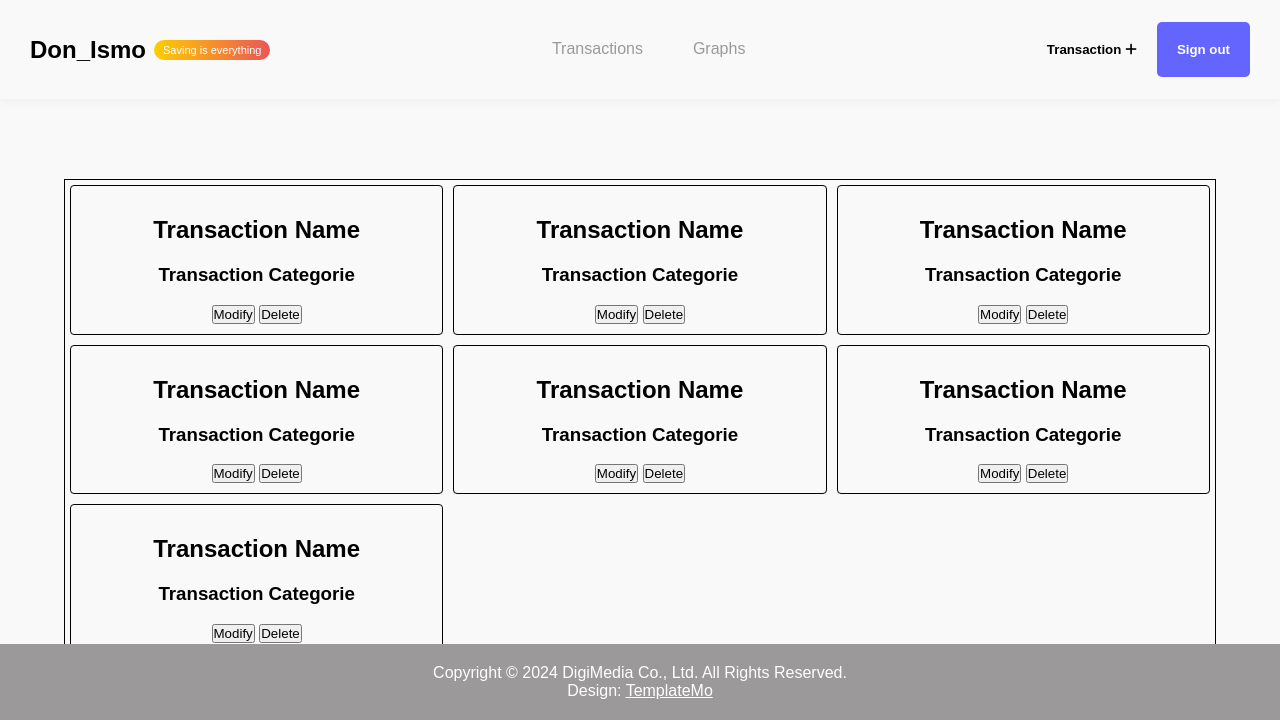
Repository: Ismail-ibr/pfa
Page: Dashboard/index.html
These files come from the project's save history. The page is drawn as it stood at one moment and after the next save; the edit follows.
The browser window is 1280 px wide. The pictures show the whole page.

Above is the page before, as saved 2024-05-16 23:12:55.
Console error: ReferenceError: closeButton is not defined

### Dashboard/index.html
<!DOCTYPE html>
<html lang="en">

<head>
    <meta charset="UTF-8">
    <meta name="viewport" content="width=device-width, initial-scale=1.0">
    <link rel="stylesheet" href="./style.css">
    <link rel="stylesheet" href="https://cdnjs.cloudflare.com/ajax/libs/font-awesome/6.5.2/css/all.min.css">
    <title>Document</title>
    <script defer src="./script.js"></script>
</head>

<body>

    <div class="main-div">
        <div class="nav">
            <div class="logo">
                <h2>Don_Ismo</h1>
                    <h4>Saving is everything</h4>
            </div>
            <div class="list">
                <ul>
                    <li><a href="#">Transactions</a></li>
                    <li><a href="#">Graphs</a></li>
                </ul>
            </div>
            <div class="nav-button">
                <h5 class="btn-1 open-button-2">Transaction<i class="fa-solid fa-plus"></i></h5>
                <h5 class="btn-2 open-button">Sign out</h5>
            </div>
            <div class="main_box2" id="modal2">
                <h2>Adding Transaction</h2>
                <form method="POST">
                    <div class="user_box2">
                        <input type="text" name="" required>
                        <label>Transaction Name</label>
                    </div>
                    <div class="user_box2">
                        <input type="text" name="" required>
                        <label>Transaction Categorie</label>
                    </div>
                    <div class="user_box2">
                        <input type="text" name="" required>
                        <label>Ma3raftch chno akhor</label>
                    </div>
                    <div class="button_form2">
                        <a href="#" id="submit">Ajouter</a>
                    </div>
                </form>
            </div>
            <div id="over"></div>

            <div class="main_box" id="modal">
                <h2>Sign out</h2>
                <div class="user_box">
                    <h3>Are you sure you want to disconnect?</h3>
                </div>
                <div class="buttons_Sign_out">
                    <div class="button_form">
                        <a href="#" id="cancel">Cancel</a>
                    </div>
                    <div class="button_form">
                        <a href="#" id="submit">Disconnect</a>
                    </div>
                </div>
            </div>
            <div id="over"></div>
        </div>
        <div class="main-content">
            <div class="transaction">
                <div class="transac">
                    <div class="transac_descrip">
                        <h2>Transaction Name</h2>
                        <h3>Transaction Categorie</h3>
                    </div>
                    <div class="buttons-transctions">
                        <button class="modifier">Modify</button>
                        <button class="supprimer">Delete</button>
                    </div>
                </div>
                <div class="transac">
                    <div class="transac_descrip">
                        <h2>Transaction Name</h2>
                        <h3>Transaction Categorie</h3>
                    </div>
                    <div class="buttons-transctions">
                        <button class="modifier">Modify</button>
                        <button class="supprimer">Delete</button>
                    </div>
                </div>
                <div class="transac">
                    <div class="transac_descrip">
                        <h2>Transaction Name</h2>
                        <h3>Transaction Categorie</h3>
                    </div>
                    <div class="buttons-transctions">
                        <button class="modifier">Modify</button>
                        <button class="supprimer">Delete</button>
                    </div>
                </div>
                <div class="transac">
                    <div class="transac_descrip">
                        <h2>Transaction Name</h2>
                        <h3>Transaction Categorie</h3>
                    </div>
                    <div class="buttons-transctions">
                        <button class="modifier">Modify</button>
                        <button class="supprimer">Delete</button>
                    </div>
                </div>
                <div class="transac">
                    <div class="transac_descrip">
                        <h2>Transaction Name</h2>
                        <h3>Transaction Categorie</h3>
                    </div>
                    <div class="buttons-transctions">
                        <button class="modifier">Modify</button>
                        <button class="supprimer">Delete</button>
                    </div>
                </div>
                <div class="transac">
                    <div class="transac_descrip">
                        <h2>Transaction Name</h2>
                        <h3>Transaction Categorie</h3>
                    </div>
                    <div class="buttons-transctions">
                        <button class="modifier">Modify</button>
                        <button class="supprimer">Delete</button>
                    </div>
                </div>
                <div class="transac">
                    <div class="transac_descrip">
                        <h2>Transaction Name</h2>
                        <h3>Transaction Categorie</h3>
                    </div>
                    <div class="btns-transac">
                        <button class="modifier">Modify</button>
                        <button class="supprimer">Delete</button>
                    </div>
                </div>
            </div>
        </div>
        <footer>
            <div class="container">
                <div class="row">
                    <div class="col-lg-12">
                        <p>Copyright © 2024 DigiMedia Co., Ltd. All Rights Reserved.
                            <br>Design: <a href="https://templatemo.com" target="_parent"
                                title="free css templates">TemplateMo</a>
                        </p>
                    </div>
                </div>
            </div>
        </footer>
    </div>

</body>

</html>

### Dashboard/style.css
* {
  padding: 0;
  color: rgb(0, 0, 0);
  font-family: "Poppins", sans-serif;
  box-sizing: border-box;
}

body {
  background-color: #f9f9fa;
  margin: 0;
  padding: 0;
}

/*--         Design of the form Sign Up         --*/

.main_box {
  display: none;
}

.main_box,
.main_box2 {
  color: f2f4f9;
  position: fixed;
  top: 50%;
  left: 50%;
  transform: translate(-50%, -50%) scale(0);
  display: flex;
  flex-direction: column;
  align-items: center;
  justify-content: center;
  z-index: 10;
  transition: 200ms ease-in-out;
  width: 400px;
  padding: 40px;
  /* transform: translate(-50%, -50%); */
  background-color: whitesmoke;
  box-shadow: 0px 0px 10px white;
  border-radius: 10px;
}
.main_box h2,
.main_box2 h2 {
  font-family: "Poppins", sans-serif;
  font-size: 40px;
  margin: 0 0 30px;
  padding: 0;
  text-align: center;
  cursor: pointer;
}

.main_box2 .user_box2 input {
  position: relative;
  width: 100%;
  padding: 10px;
  font-size: 16px;
  margin-bottom: 30px;
  border: none;
  outline: none;
  border-bottom: black solid 2px;
  background-color: transparent;
}

.main_box2 .user_box2 label {
  position: relative;
  left: 0;
  top: -60px;
  padding: 10px 0;
  pointer-events: none;
  transition: 0.5s;
}

.main_box2 .user_box2 :focus ~ label,
.main_box2 .user_box2 :valid ~ label {
  top: -85px;
  font-size: 13px;
  left: 0;
}
.button_form,
.button_form2 {
  display: flex;
  flex-direction: row;
  justify-content: end;
  align-content: center;
}

.button_form :first-child,
.button_form2 :first-child {
  text-decoration: none;
  color: black;
  padding: 20px 30px;
  border: 2px solid black;
}
.button_form :first-child:hover,
.button_form2 :first-child:hover {
  background-color: black;
  color: white;
  transition: 0.5s;
}

.main_box.active,
.main_box2.active {
  transform: translate(-50%, -50%) scale(1);
}

.main_box h3 {
  text-align: center;
}

#over {
  position: fixed;
  top: 0;
  left: 0;
  bottom: 0;
  right: 0;
  background-color: hsl(0, 0%, 0%, 0.5);
  opacity: 0;
  pointer-events: none;
  transition: 200ms ease-in-out;
}

#over.active {
  pointer-events: all;
  opacity: 1;
}

.nav {
  display: flex;
  padding: 0 30px;
  justify-content: space-between;
  align-items: center;
  box-shadow: 0px 5px 8px rgba(0, 0, 0, 0.03);
}

.logo {
  display: flex;
  justify-content: center;
  align-items: center;
}

.logo h4 {
  color: white;
  background: linear-gradient(
    90deg,
    rgba(255, 205, 0, 1) 0%,
    rgba(236, 84, 84, 0.9921218487394958) 100%
  );
  font-size: 11px;
  padding: 4px 9px;
  margin-left: 8px;
  border-radius: 50px;
  cursor: pointer;
  font-weight: 100;
}

.list ul {
  display: flex;
  list-style: none;
  align-items: center;
  justify-content: center;
}

.list li {
  margin: 0px 25px;
}

.list a {
  text-decoration: none;
  color: rgb(155, 153, 153);
}

.list a::after {
  content: "";
  display: block;
  width: 0%;
  height: 2px;
  background-color: rgb(155, 153, 153);
  transition: 0.4s;
}

.list a:hover::after {
  content: "";
  width: 100%;
  display: block;
  height: 2px;
  background: rgb(155, 153, 153);
  transition: 0.4s;
}

.nav-button {
  display: flex;
  align-items: center;
  justify-content: center;
}

.nav-button h5 {
  cursor: pointer;
}

.btn-1 {
  margin: 0px 20px;
  color: black;
}

.btn-1 i {
  margin-left: 4px;
}

.btn-2 {
  color: white;
  padding: 20px;
  background: rgb(100, 100, 255);
  border-radius: 5px;
}

.main-content {
  display: flex;
  justify-content: center;
  align-items: center;
  margin: 80px 0;
  text-align: center;
}

.main-div {
  height: 100vh;
  margin: 0px;
  position: relative;
}

.buttons_Sign_out {
  display: flex;
  flex-direction: row;
  align-items: center;
  justify-content: space-between;
}

.transaction {
  width: 90vw;
  height: auto;
  border: 1px solid black;
  display: flex;
  flex-wrap: wrap;
  align-items: center;
}

.transaction .transac {
  flex: 0 1 calc(33.33% - 10px);
  border: 1px solid black;
  border-radius: 4px;
  height: auto;
  margin: 5px;
  padding: 10px;
  display: flex;
  flex-direction: column;
}

.btns_transac button {
  padding: 10px 15px;
}

/*---------------footer-----------------*/
footer {
  background: rgb(155, 153, 153);
  padding: 5px 0px;
  position: absolute;
  bottom: 0;
  width: 100vw;
}

footer p {
  text-align: center;
  margin: 15px 0px;
  color: #fff;
}

footer p a {
  color: #fff;
  transition: all 0.5s;
}
/*---------------footer-----------------*/

### Dashboard/script.js
const openButton = document.querySelector(" .open-button");
const openButton2 = document.querySelector(" .open-button-2");

const over = document.getElementById("over");
const modal = document.querySelector(" .main_box");
const modal2 = document.querySelector(" .main_box2");

const button_close = document.getElementById("cancel");

openButton.addEventListener("click", () => {
  openModal(modal);
});

openButton2.addEventListener("click", () => {
  openModal(modal2);
});

function openModal(modalElement) {
  if (modalElement == null) return;
  modalElement.classList.add("active");
  over.classList.add("active");
}

over.addEventListener("click", () => {
  closeModal();
});

button_close.addEventListener("click", () => {
  closeModal();
});

closeButton.addEventListener("click", () => {
  closeModal();
});

function closeModal() {
  if (modal == null) return;
  modal.classList.remove("active");
  modal2.classList.remove("active");
  over.classList.remove("active");
}

After the next save:
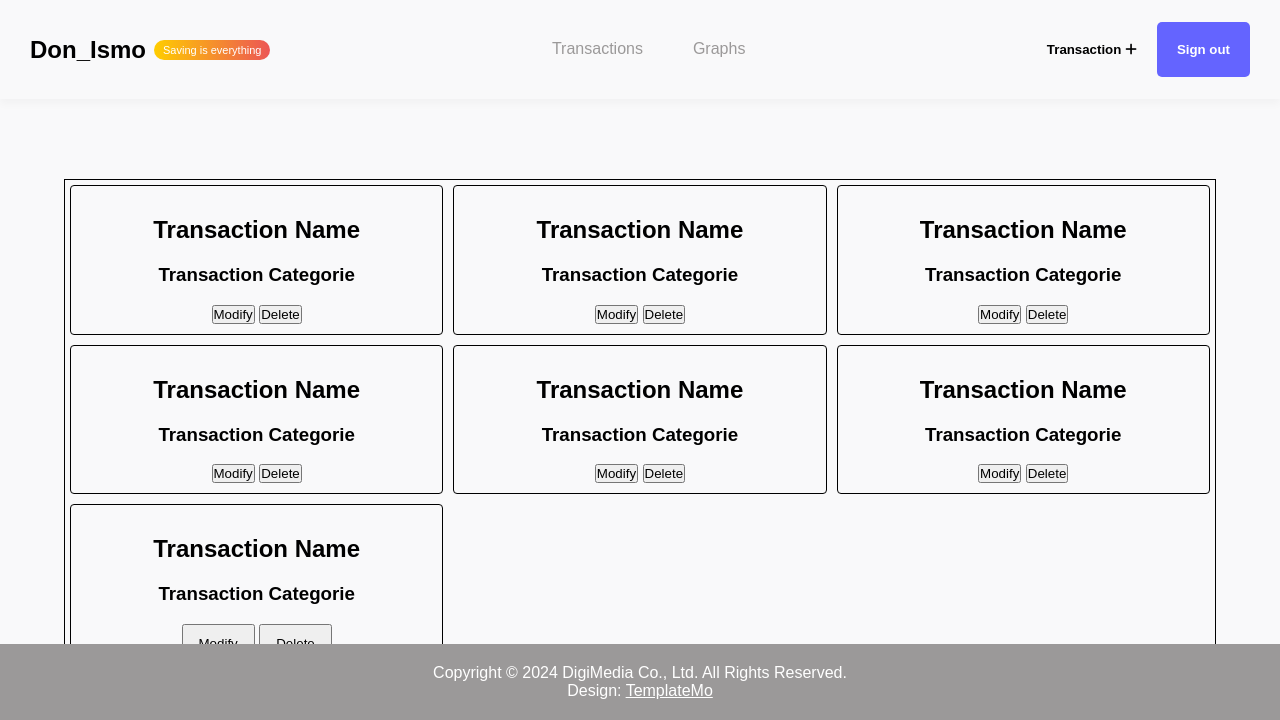
Saved 17 s later.
--- a/Dashboard/index.html
+++ b/Dashboard/index.html
@@ -133,7 +133,7 @@
                         <h2>Transaction Name</h2>
                         <h3>Transaction Categorie</h3>
                     </div>
-                    <div class="btns-transac">
+                    <div class="btns_transac">
                         <button class="modifier">Modify</button>
                         <button class="supprimer">Delete</button>
                     </div>
